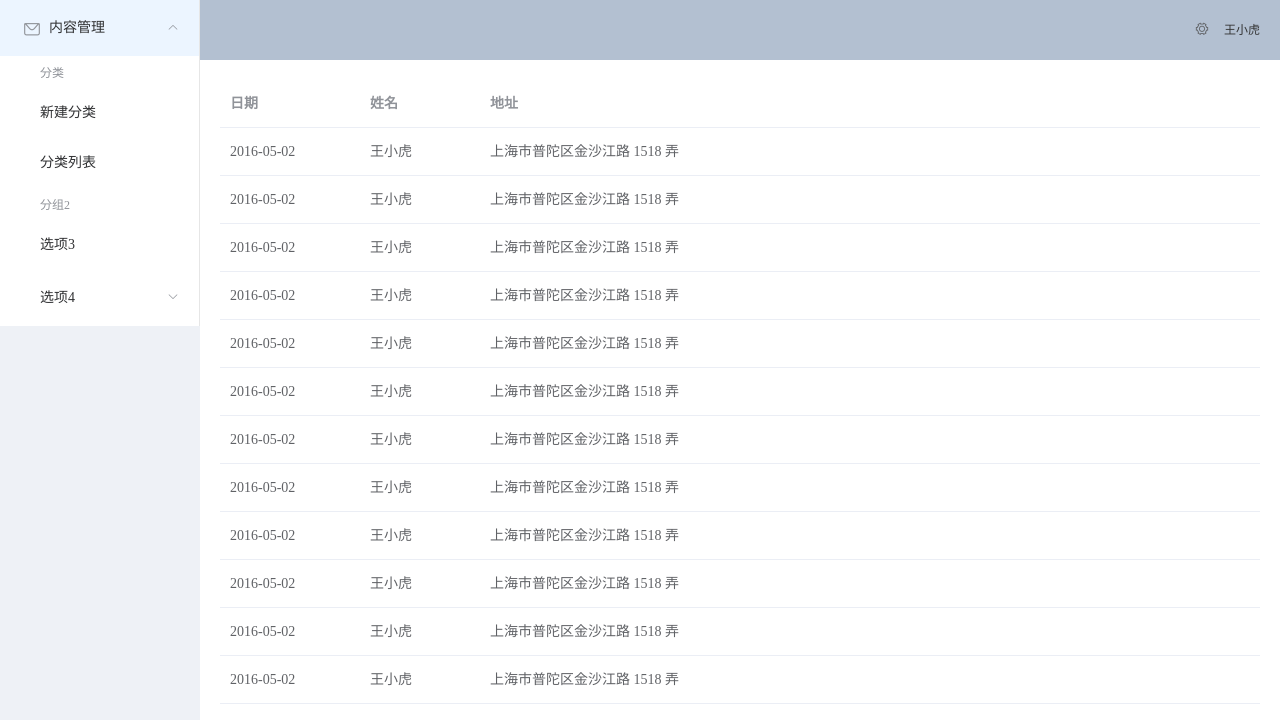
Repository: fish-zmy/wangzherongyao
Page: / (app in admin/)
The author's editor kept a copy of each file at every save. The page is drawn from the files as they stood at one save, then again after the next save.
The browser window is 1280 px wide. The pictures show the whole page.
An inner scrolling area shows only its first screen. The project was rebuilt for these pictures with package versions that can differ from the ones it lists, and the page was loaded fresh each time. Also part of the build but not shown: admin/vue.config.js. Imported but missing from the stored project, and not drawn on this page: admin/src/views/Home.vue.

Above is the page before, as saved 2020-06-16 15:56:10.

After the next save:
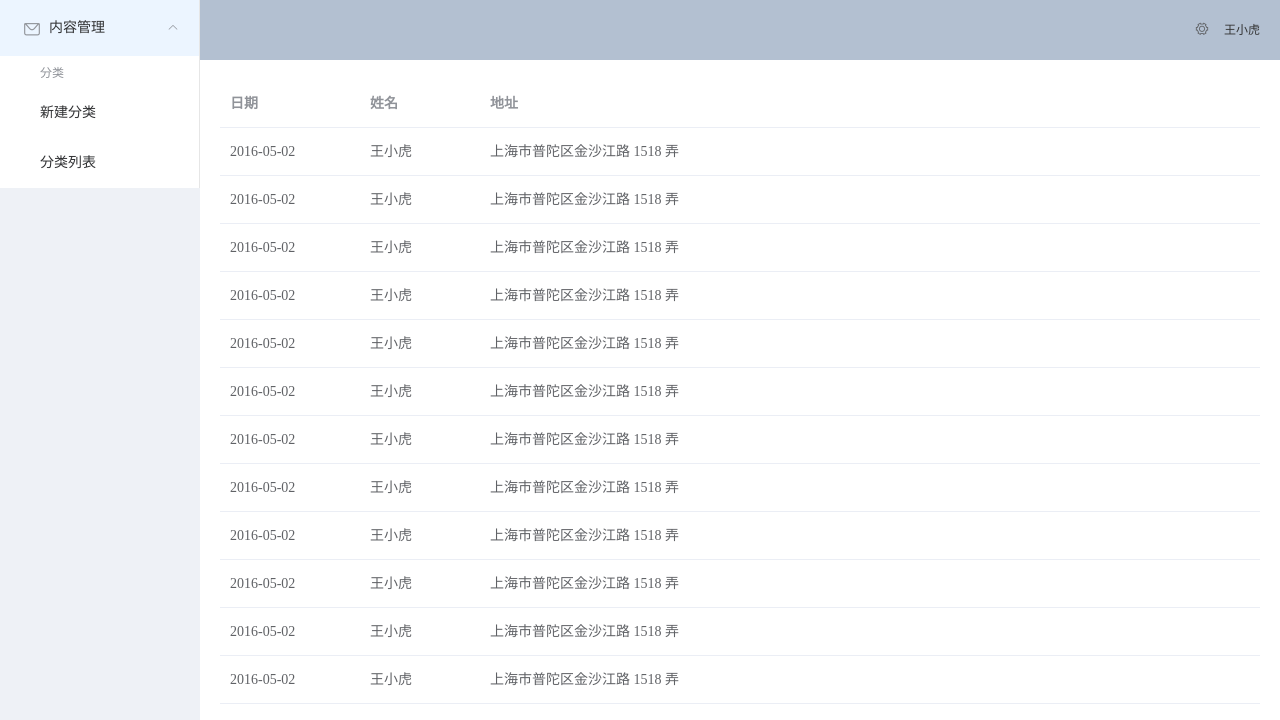
Saved 21 s later.
--- a/admin/src/views/Main.vue
+++ b/admin/src/views/Main.vue
@@ -11,13 +11,7 @@
             <el-menu-item index="1-1">新建分类</el-menu-item>
             <el-menu-item index="1-2">分类列表</el-menu-item>
           </el-menu-item-group>
-          <el-menu-item-group title="分组2">
-            <el-menu-item index="1-3">选项3</el-menu-item>
-          </el-menu-item-group>
-          <el-submenu index="1-4">
-            <template slot="title">选项4</template>
-            <el-menu-item index="1-4-1">选项4-1</el-menu-item>
-          </el-submenu>
+
         </el-submenu>
 
       </el-menu>
